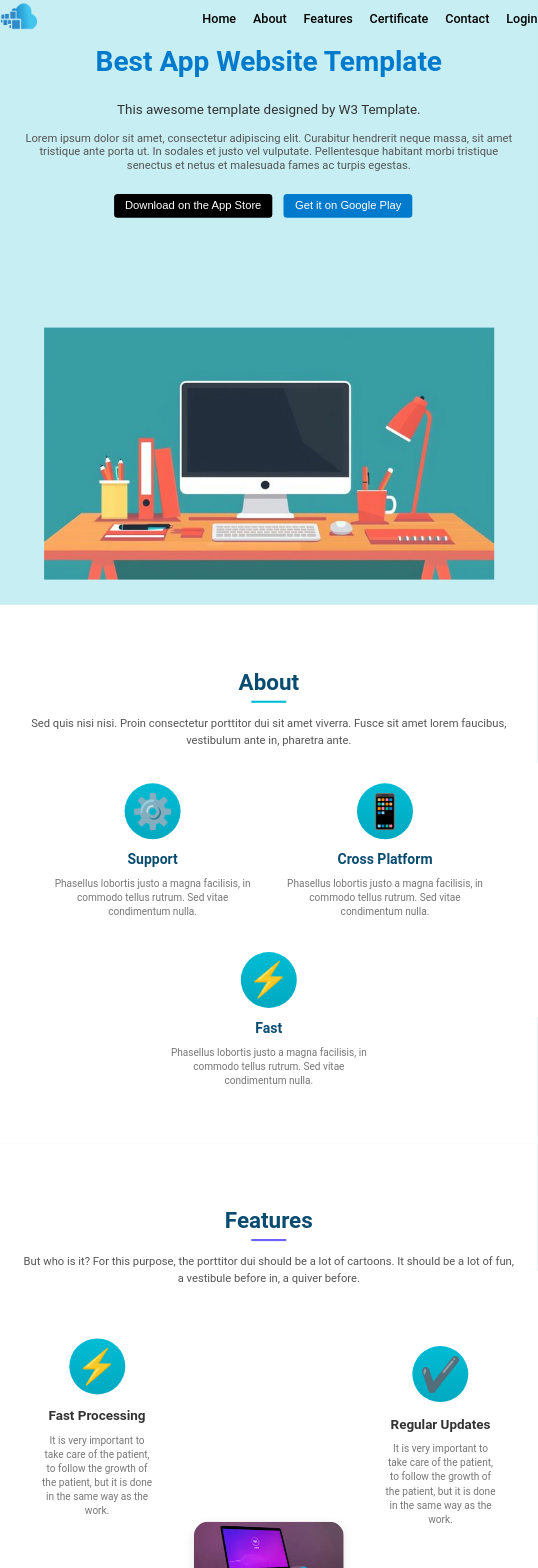
Repository: gautamsonam011/Institute
Page: /
These files come from the project's save history. The page is drawn as it stood at one moment and after the next save; the edit follows.
The browser window is 768 px wide. The pictures show the part of the page from y = 0 to 2240 px (the page is 4212 px tall before and 4274 px after), at 70% of full size.
The project was rebuilt for these pictures with package versions that can differ from the ones it lists, and the page was loaded fresh each time. Also part of the build but not shown: vite.config.js, src/Header.jsx, src/Sidebar.jsx, src/Home.jsx, src/students/Addstudent.jsx, src/students/allstudent.css, src/students/Allstudents.jsx, src/Fee management/feehead.css and 9 more.

Above is the page before, as saved 2024-11-27 16:54:31.

After the next save:
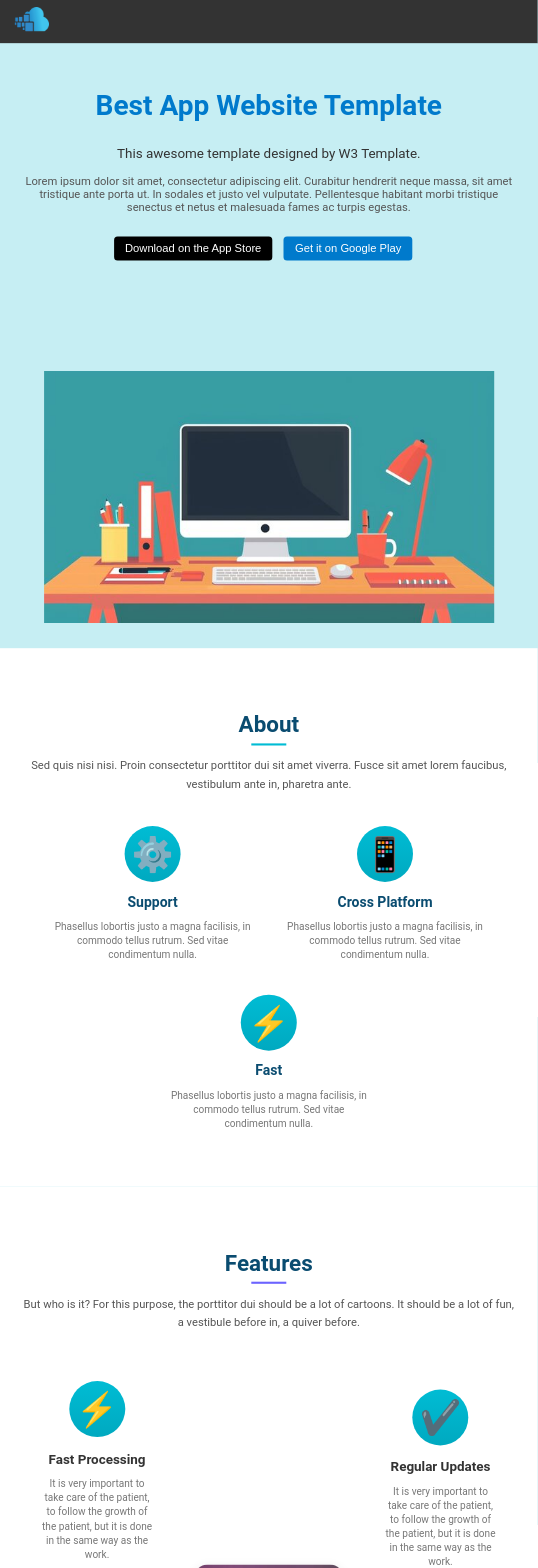
Saved 13 s later.
--- a/src/components/navbar.css
+++ b/src/components/navbar.css
@@ -1,85 +1,82 @@
-/* Navbar Styles (as you already have) */
+/* Navbar styles */
 .navbar {
-  position: fixed; /* Makes the navbar fixed at the top */
-  top: 0; /* Positions it at the top of the page */
-  left: 0; /* Aligns it to the left edge */
-  width: 100%; /* Ensures it spans the full width of the viewport */
-  z-index: 1000; /* Ensures it stays above other elements */
   display: flex;
   justify-content: space-between;
   align-items: center;
-  background-color: #c6eef3;
+  padding: 10px 20px;
+  background-color: #333;
 }
 
-.logo img {
-  height: 40px; /* Adjust the height to fit your design */
-  width: auto;
+.navbar .logo img {
+  width: 50px;
 }
 
-.nav-links {
-  list-style: none;
+.navbar .nav-links {
   display: flex;
-  gap: 1.5rem;
+  gap: 20px;
 }
 
-.nav-links a {
-  text-decoration: none;
-  color: black;
-  font-weight: 500;
-  font-size: 18px;
+.navbar .nav-links ul {
+  list-style: none;
+  margin: 0;
+  padding: 0;
+  display: flex;
 }
 
-.nav-links a:hover {
-  color: #0a4c70;
+.navbar .nav-links li a {
+  color: white;
+  text-decoration: none;
+  padding: 10px 20px;
 }
 
-/* Modal Styles */
-.modal {
-  position: fixed;
-  top: 0;
-  left: 0;
-  width: 100%;
-  height: 100%;
-  background-color: rgba(0, 0, 0, 0.5); /* Semi-transparent background */
-  display: flex;
-  justify-content: center;
-  align-items: center;
-  z-index: 2000; /* Makes sure it sits on top of everything else */
-}
-
-.modal-content {
-  background-color: white;
-  padding: 20px;
-  border-radius: 5px;
-  width: 400px;
-  text-align: center;
-}
-
-.close-btn {
-  position: absolute;
-  top: 10px;
-  right: 20px;
-  font-size: 24px;
+.navbar .hamburger {
+  display: none;
   cursor: pointer;
 }
 
-form input {
-  /* width: 100%; */
-  padding: 10px;
-  margin: 10px 10;
-  border: 1px solid #ccc;
-  border-radius: 5px;
+.navbar .hamburger .bar {
+  width: 25px;
+  height: 4px;
+  background-color: white;
+  margin: 5px;
+  transition: all 0.3s;
 }
 
-form button {
-  background-color: #0a4c70;
-  color: white;
-  padding: 10px 20px;
-  border: none;
-  border-radius: 5px;
-  cursor: pointer;
+/* Show the hamburger icon on small screens */
+@media (max-width: 768px) {
+  .navbar .nav-links {
+    display: none;
+    width: 100%;
+    flex-direction: column;
+    align-items: center;
+    position: absolute;
+    top: 60px;
+    left: 0;
+    background-color: #333;
+    z-index: 100;
+  }
+
+  .navbar .nav-links.active {
+    display: flex;
+  }
+
+  .navbar .hamburger {
+    display: block;
+  }
+
+  .navbar .hamburger.active .bar:nth-child(1) {
+    transform: rotate(45deg);
+    position: relative;
+    top: 9px;
+  }
+
+  .navbar .hamburger.active .bar:nth-child(2) {
+    opacity: 0;
+  }
+
+  .navbar .hamburger.active .bar:nth-child(3) {
+    transform: rotate(-45deg);
+    position: relative;
+    top: -9px;
+  }
 }
-
-form button:hover {
-  background-color: #093e58;
-}
